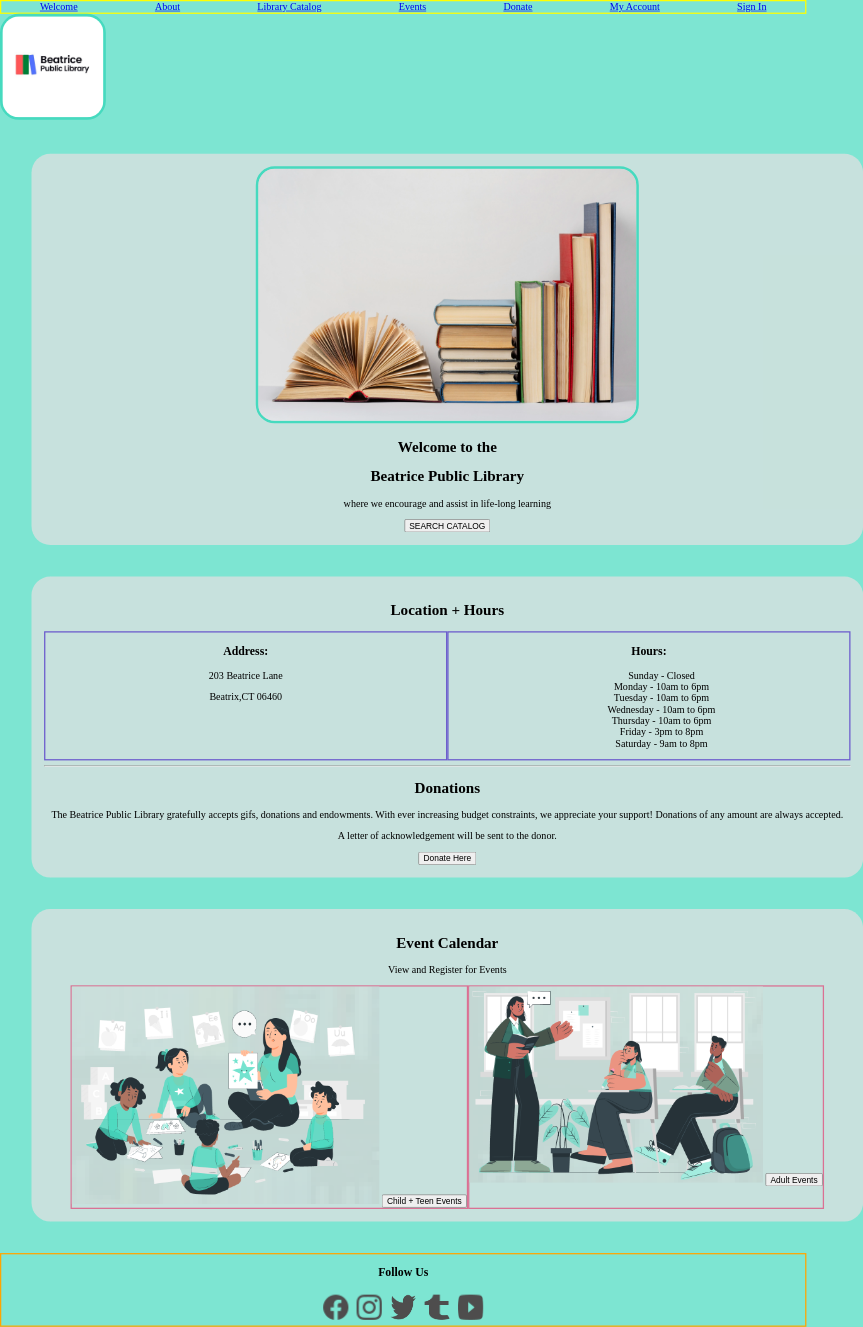
Repository: cokoduwa/RA-Wk5-Library
Page: index.html
These files come from the project's save history. The page is drawn as it stood at one moment and after the next save; the edit follows.
The browser window is 1280 px wide. The page is 1370 px wide, so the pictures cover 1370 px, including what lies to the right of the window. The pictures show the whole page, at 63% of full size.

Above is the page before, as saved 2023-01-17 22:13:07.

After the next save:
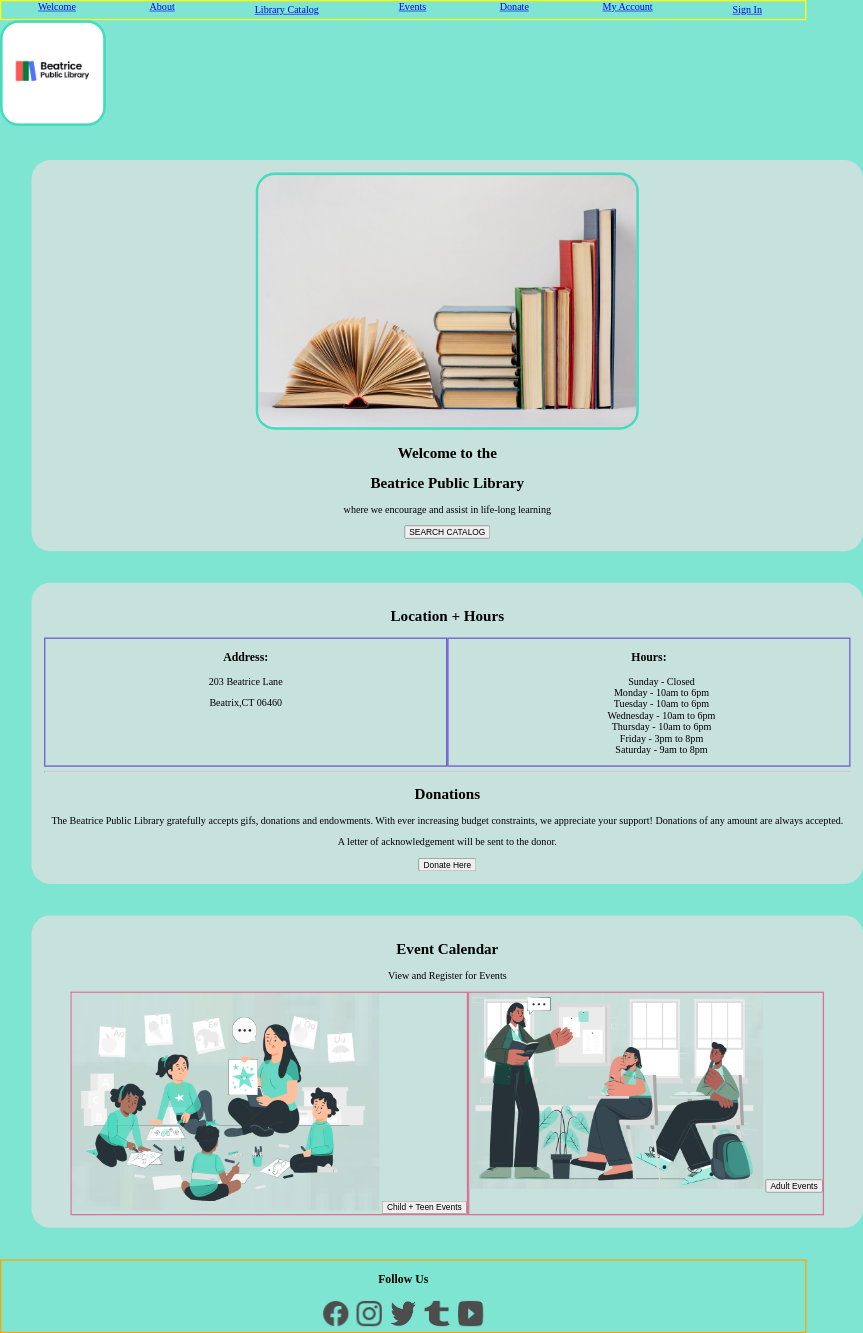
Saved 67 s later.
--- a/index.html
+++ b/index.html
@@ -12,11 +12,11 @@
         <div class="menu-options">
             <a href="index.html">Welcome</a>
             <a href="about.html">About</a>
-            <a href="#">Library Catalog</a>
+            <a class="nav-link" href="#">Library Catalog</a>
             <a href="#">Events</a>
             <a href="#">Donate</a>
             <a href="#">My Account</a>
-            <a href="#">Sign In</a>
+            <a class="nav-link" href="#">Sign In</a>
         </div>
     </nav>
 
